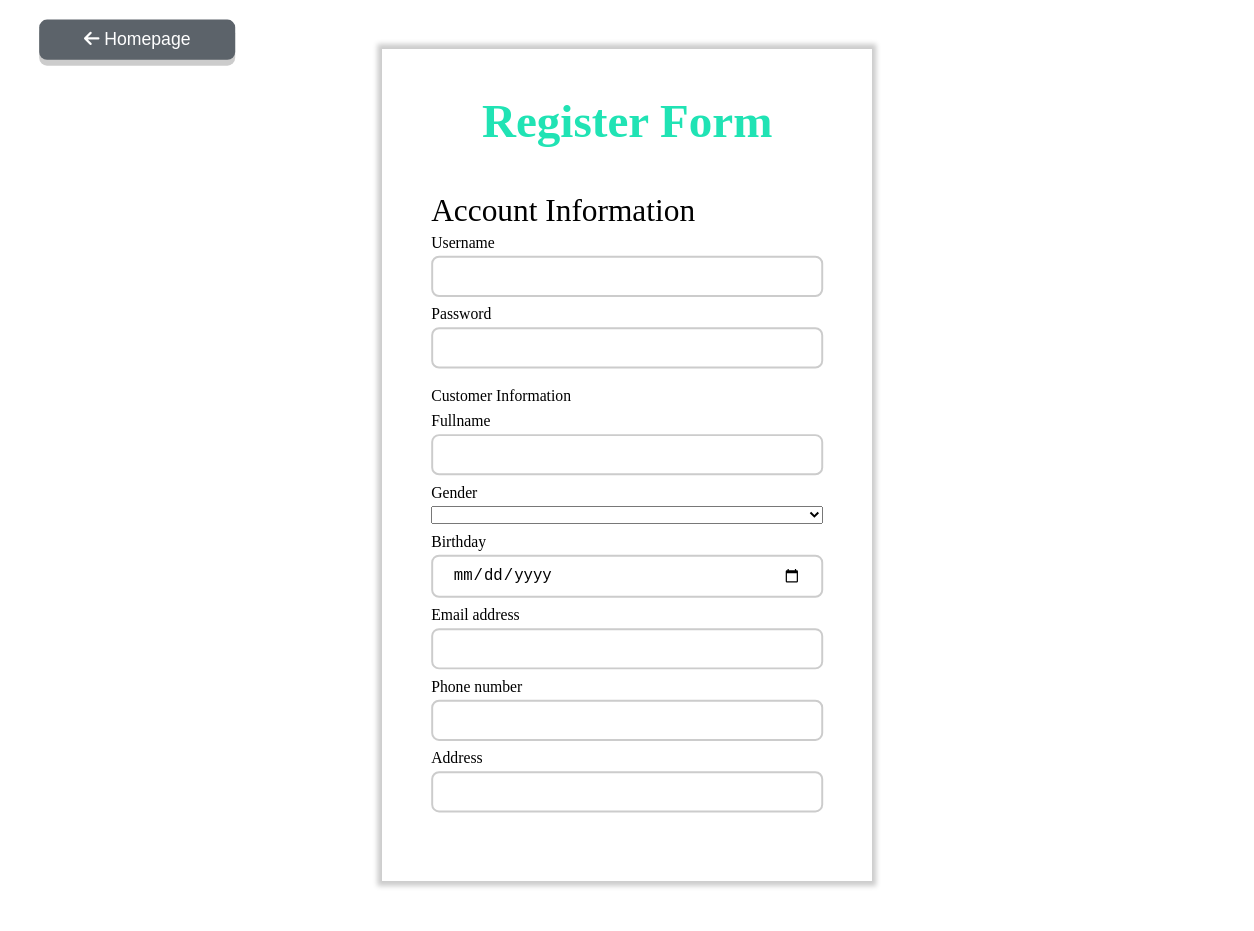
Repository: Trung0810/btl_cnpm_fe
Page: /
An editor plug-in stored every save of this project. The page is shown before and after the next save, followed by the edit.
The browser window is 1280 px wide. The pictures show the whole page, at 98% of full size.
The project was rebuilt for these pictures with package versions that can differ from the ones it lists, and the page was loaded fresh each time. Also part of the build but not shown: src/components/header/header.css, src/components/header/Header.js, src/components/footer/Footer.css, src/components/footer/Footer.js, src/components/shoes_list/ShoesCard.css, src/components/shoes_list/ShoesCard.js, src/components/shoes_list/ShoesList.css, src/components/shoes_list/ShoesList.js and 17 more.

Above is the page before, as saved 2026-03-31 13:38:50.

After the next save:
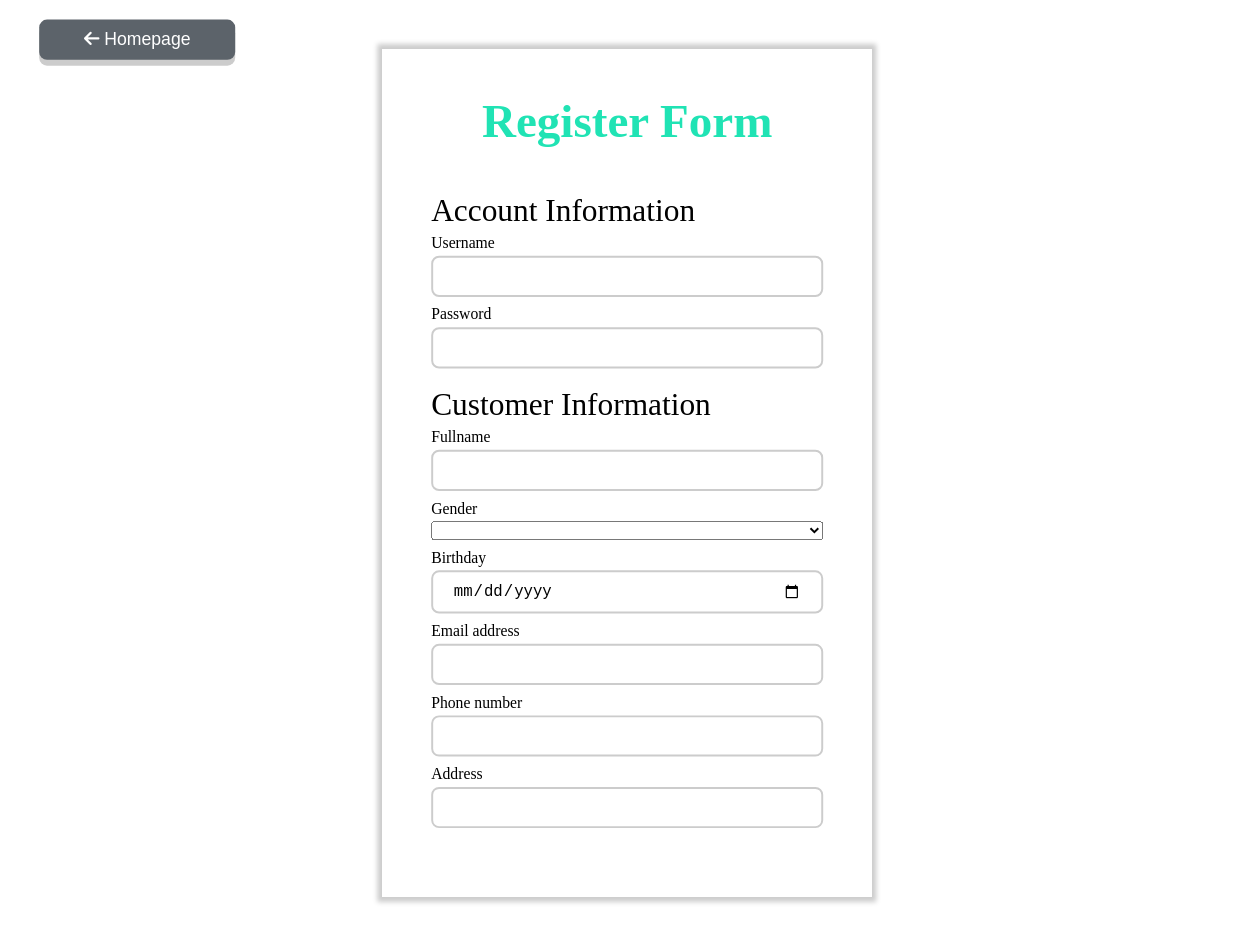
Saved 26 s later.
--- a/src/components/register_form/RegisterForm.css
+++ b/src/components/register_form/RegisterForm.css
@@ -20,6 +20,7 @@
 }
 .register-account h3 {
   font-size: 32px;
+  font-weight: 500;
 }
 .register-form-wrapper {
   display: flex;
@@ -39,3 +40,6 @@
   row-gap: 10px;
   margin-bottom: 20px;
 }
+.register-infor h3 {
+  font-size: 32px;
+}
